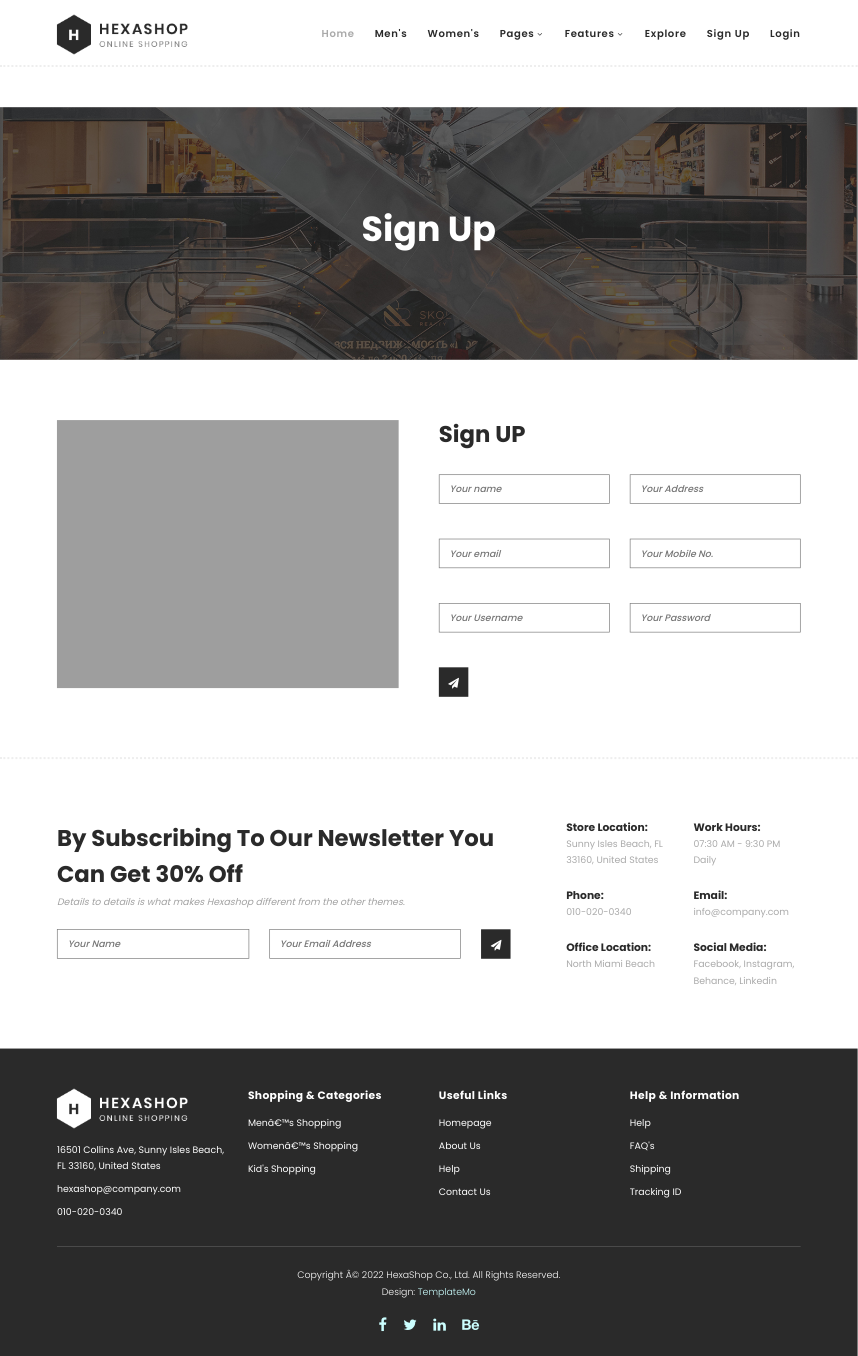
Repository: anmoltrivedi2111/JAVA
Page: http://localhost/HexaShop/Signup.jsp
The author's editor kept a copy of each file at every save. The page is drawn from the files as they stood at one save, then again after the next save.
The browser window is 1280 px wide. The pictures show the whole page, at 67% of full size.
Pictures or frames that could not be fetched are drawn as grey boxes. The page is served by Tomcat 9.

Above is the page before, as saved 2025-05-21 05:45:36.
Console error: TypeError: Cannot read properties of undefined (reading 'top')

After the next save:
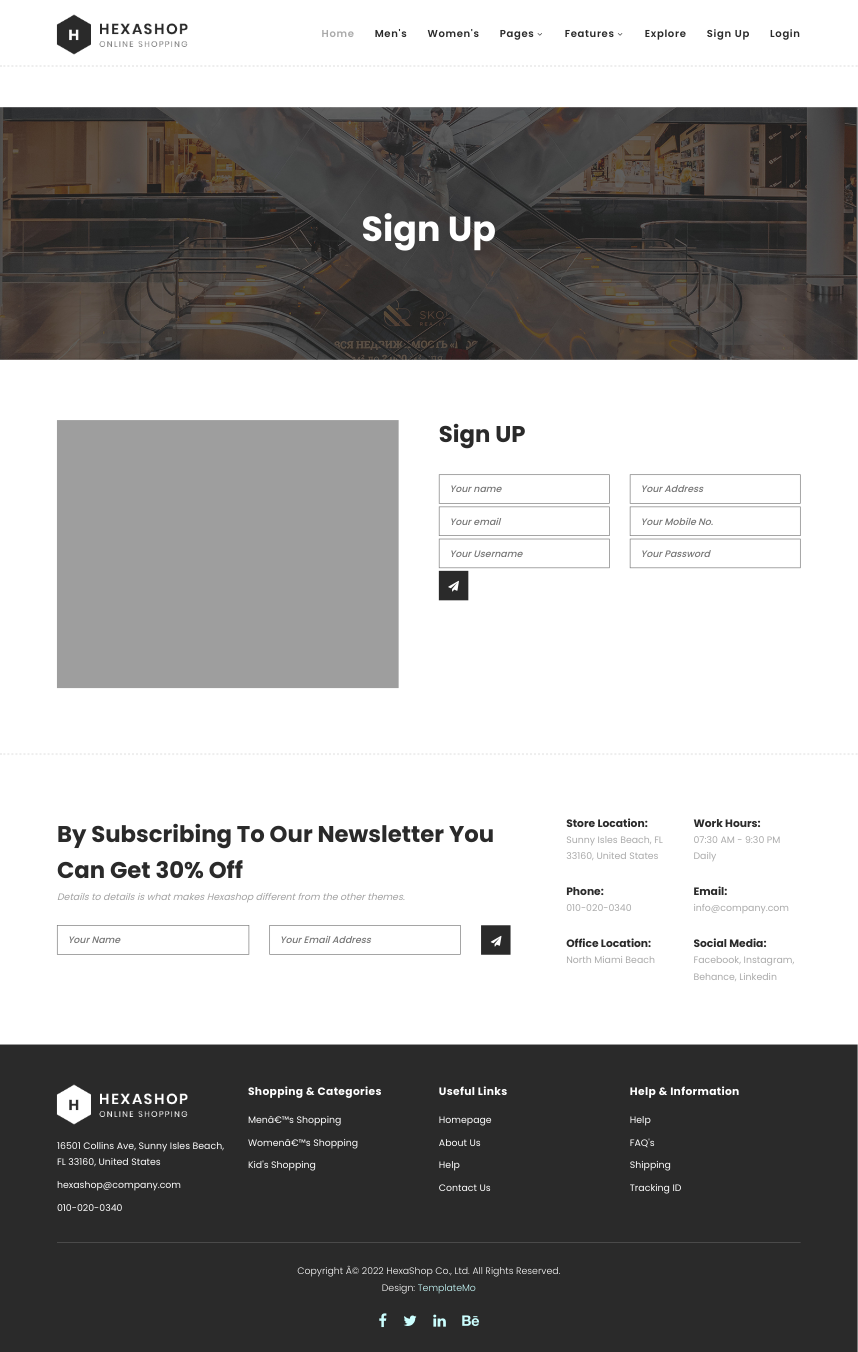
Saved 65 s later.
--- a/eclipse-workspace/HexaShop/src/main/webapp/Signup.jsp
+++ b/eclipse-workspace/HexaShop/src/main/webapp/Signup.jsp
@@ -41,37 +41,37 @@
                               <input name="cname" type="text" id="name" placeholder="Your name" required="">
                             </fieldset>
                           </div>
-                          <br><br><br><br>
+                          <br><br>
                           <div class="col-lg-6">
                             <fieldset>
                               <input name="cadd" type="text" id="name" placeholder="Your Address" required="">
                             </fieldset>
                             </div>
-                            <br><br><br><br>
+                            <br><br>
                              <div class="col-lg-6">
                             <fieldset>
                               <input name="email" type="text" id="email" placeholder="Your email" required="">
                             </fieldset>
                             </div>
-                            <br><br><br><br>
+                            <br><br>
                          	 <div class="col-lg-6">
                             <fieldset>
                               <input name="mob" type="text" id="email" placeholder="Your Mobile No." required="">
                             </fieldset>
                             </div>
-                            <br><br><br><br>
+                            <br><br>
                              <div class="col-lg-6">
                             <fieldset>
                               <input name="unm" type="text" id="email" placeholder="Your Username" required="">
                             </fieldset>
                             </div>
-                            <br><br><br><br>
+                            <br><br>
                              <div class="col-lg-6">
                             <fieldset>
                               <input name="pw" type="password" id="email" placeholder="Your Password" required="">
                             </fieldset>
                             </div>
-                            <br><br><br><br>
+                            <br><br>
                             <div class="col-lg-2">
                             <fieldset>
                               <button type="submit" id="form-submit" class="main-dark-button"><i class="fa fa-paper-plane"></i></button>
